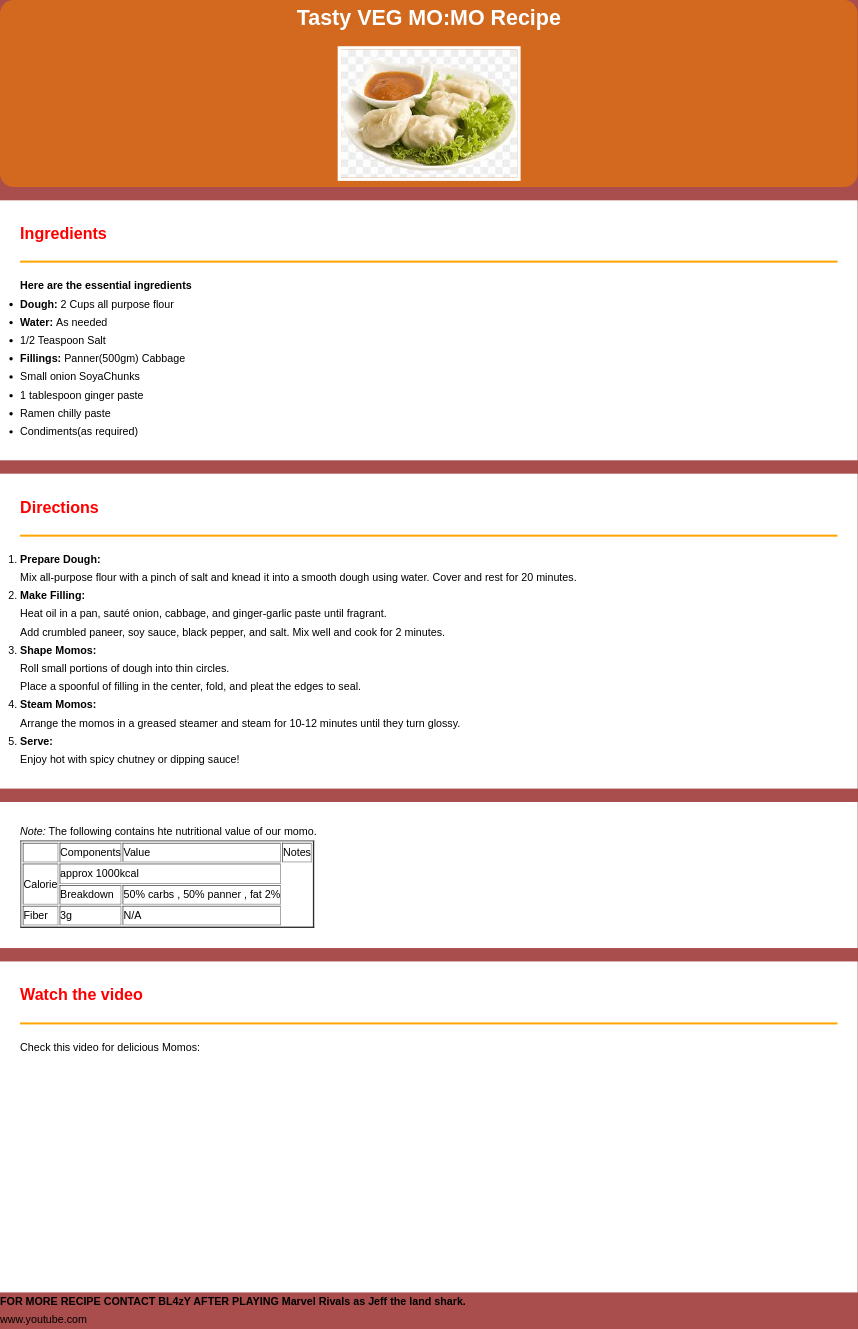
Repository: GigaByte6610/recipe
Page: index.html
The author's editor kept a copy of each file at every save. The page is drawn from the files as they stood at one save, then again after the next save.
The browser window is 1280 px wide. The pictures show the whole page, at 67% of full size.
Pictures or frames that could not be fetched are drawn as grey boxes.

Above is the page before, as saved 2025-02-05 04:27:23.

### index.html
<!DOCTYPE html>
<html lang="en">

<head>
    <meta charset="UTF-8" />
    <meta name="viewport" content="width=device-width, initial-scale=1.0" />
    <title>My Recipe [Veg Momo]</title>
    <link rel="stylesheet" href="style.css">
</head>

<body>
    <header>
        <h1 align="center">Tasty VEG MO:MO Recipe</h1>
        <img src="momo.jpeg" alt="" />
    </header>

    <section>
        <h2>Ingredients</h2>
        <p>
            <strong> Here are the essential ingredients</strong>
        </p>
        <ul>
            <li><strong>Dough: </strong> 2 Cups all purpose flour</li>
            <li><strong>Water: </strong> As needed</li>
            <li>1/2 Teaspoon Salt</li>
            <li><strong>Fillings: </strong> Panner(500gm) Cabbage</li>
            <li>Small onion SoyaChunks</li>
            <li>1 tablespoon ginger paste</li>
            <li>Ramen chilly paste</li>
            <li>Condiments(as required)</li>
        </ul>
    </section>
    <section>
        <h2><strong>Directions</strong></h2>
        <ol>
            <li><strong>Prepare Dough: </strong><br>Mix all-purpose flour with a pinch of salt and knead it into a smooth dough using water. Cover and rest for 20 minutes.</li>
            <li><strong>Make Filling:</strong><br>Heat oil in a pan, sauté onion, cabbage, and ginger-garlic paste until fragrant. <br>Add crumbled paneer, soy sauce, black pepper, and salt. Mix well and cook for 2 minutes.</li>
            <li><strong>Shape Momos:</strong> <br>Roll small portions of dough into thin circles. <br>Place a spoonful of filling in the center, fold, and pleat the edges to seal.</li>
            <li><strong>Steam Momos:</strong> <br>Arrange the momos in a greased steamer and steam for 10-12 minutes until they turn glossy.</li>
            <li><strong>Serve:</strong> <br>Enjoy hot with spicy chutney or dipping sauce!</li>
        </ol>
    </section>
    <section>
        <p>
            <em>Note:</em> The following contains hte nutritional value of our momo.
        </p>
        <table border="2">
            <thead>
                <th>
                    <td>Components</td>
                    <td>Value</td>
                    <td>Notes</td>
                </th>
            </thead>
            <tbody>
                <tr>
                    <td rowspan="2"> Calorie</td>
                    <td colspan="2">approx 1000kcal</td>
                </tr>
                <tr>
                    <td>Breakdown</td>
                    <td>50% carbs , 50% panner , fat 2%</td>
                </tr>
                <tr>
                    <td>Fiber</td>
                    <td>3g</td>
                    <td>N/A</td>
                </tr>
            </tbody>
        </table>
    </section>
    <section>
        <h2> Watch the video</h2>
        <p>Check this video for delicious Momos: </p>
        <iframe width="560" height="315" src="https://www.youtube.com/embed/71GR1xRQzgQ?si=tbq05XnBHcNN-7Ji" title="YouTube video player" frameborder="0" allow="accelerometer; autoplay; clipboard-write; encrypted-media; gyroscope; picture-in-picture; web-share"
            referrerpolicy="strict-origin-when-cross-origin" allowfullscreen></iframe>
    </section>
    <footer>
        <p><strong>FOR MORE RECIPE CONTACT BL4zY AFTER PLAYING Marvel Rivals as Jeff the land shark.</strong></p>
    </footer>

</html>
www.youtube.com

### style.css
* {
    box-sizing: border-box;
    margin: 0px;
    padding: 0;
}

body {
    font-family: Arial, Helvetica, sans-serif;
    background-color: #a94d4d;
    line-height: 1.7;
}

header {
    background-color: chocolate;
    border: 200px;
    text-align: center;
    border-radius: 20px;
}

header h1 {
    color: white;
    margin-bottom: 15px;
    text-align: center;
}

header img {
    border: 5px solid white;
}

section {
    background-color: white;
    margin-top: 20px;
    padding: 30px;
}

section h2 {
    color: red;
    border-bottom: 3px solid orange;
    padding-bottom: 20px;
    margin-bottom: 20px;
}

After the next save:
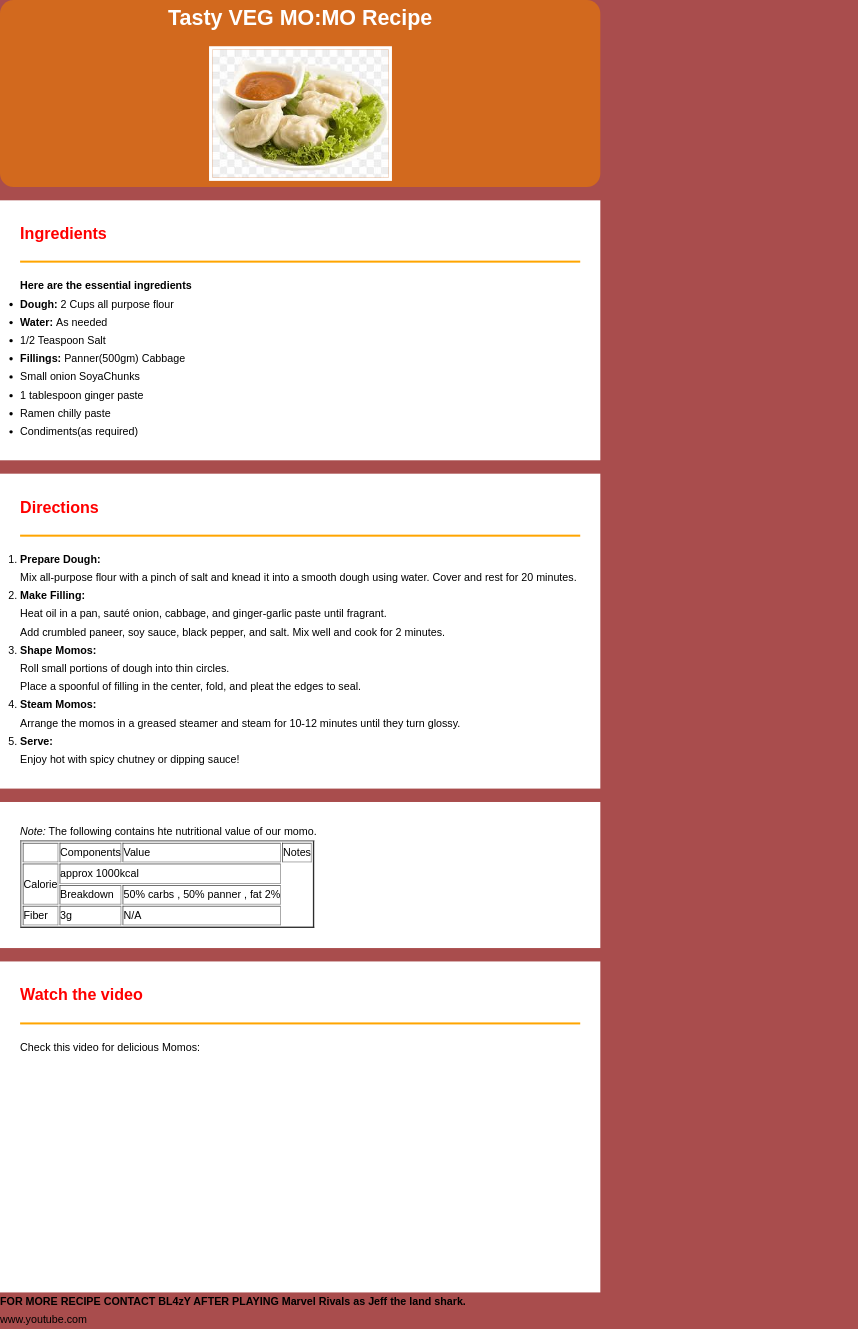
Saved 59 s later.
--- a/style.css
+++ b/style.css
@@ -27,6 +27,11 @@ header img {
     border: 5px solid white;
 }
 
+section,
+header {
+    max-width: 70%;
+}
+
 section {
     background-color: white;
     margin-top: 20px;
